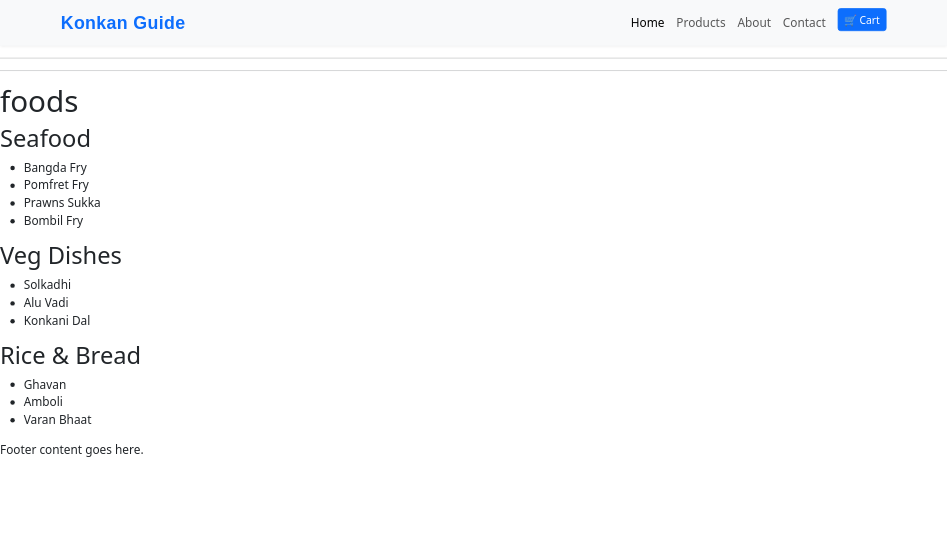
Repository: Indranil-sawant/konkan
Page: http://localhost/
An editor plug-in stored every save of this project. The page is shown before and after the next save, followed by the edit.
The browser window is 1280 px wide. The pictures show the whole page, at 74% of full size.
The page is served by the project's application, run on Django 5.2 (manage.py). Other server files are loaded and not shown.

Above is the page before, as saved 2025-11-13 13:58:33.

### food/templates/food/index.html
{% extends "base.html" %}


<!DOCTYPE html>
<!--[if lt IE 7]>      <html class="no-js lt-ie9 lt-ie8 lt-ie7"> <![endif]-->
<!--[if IE 7]>         <html class="no-js lt-ie9 lt-ie8"> <![endif]-->
<!--[if IE 8]>         <html class="no-js lt-ie9"> <![endif]-->
<!--[if gt IE 8]>      <html class="no-js"> <!--<![endif]-->
<html>
    <head>
        <meta charset="utf-8">
        <meta http-equiv="X-UA-Compatible" content="IE=edge">
        <title>index </title>
        <meta name="description" content="">
        <meta name="viewport" content="width=device-width, initial-scale=1">
        <link rel="stylesheet" href="">
    </head>
    <body>

{% block content %}
         <h1>foods</h1>
         {% for category, items in foods.items %}
        <h2>{{ category }}</h2>
        <ul>
            {% for item in items %}
                <li>{{ item }}</li>
            {% endfor %}
        </ul>
    {% endfor %}

{% endblock content %}

        <script src="" async defer></script>
    </body>
</html>

### templates/base.html
<!DOCTYPE html>
<!--[if lt IE 7]>      <html class="no-js lt-ie9 lt-ie8 lt-ie7"> <![endif]-->
<!--[if IE 7]>         <html class="no-js lt-ie9 lt-ie8"> <![endif]-->
<!--[if IE 8]>         <html class="no-js lt-ie9"> <![endif]-->
<!--[if gt IE 8]>      <html class="no-js"> <!--<![endif]-->
<html>
    <head>
        <meta charset="utf-8">
        <meta http-equiv="X-UA-Compatible" content="IE=edge">
        <title></title>
        <meta name="description" content="">
        <meta name="viewport" content="width=device-width, initial-scale=1">
        <link rel="stylesheet" href="">
    </head>
    <body>
       {% include "navbar.html" %}

        {% block content %}

       {% endblock content %}

    </body>


    <footer>
        <p>Footer content goes here.</p>
    </footer>
</html>

### templates/navbar.html
<link href="https://cdn.jsdelivr.net/npm/bootstrap@5.3.3/dist/css/bootstrap.min.css" rel="stylesheet">
<script src="https://cdn.jsdelivr.net/npm/bootstrap@5.3.3/dist/js/bootstrap.bundle.min.js"></script>


<!-- Navbar Start -->
<!-- Navbar Start -->
<nav class="navbar navbar-expand-lg navbar-light bg-light shadow-sm">
  <div class="container">
    <!-- Brand -->
    <a class="navbar-brand fw-bold text-primary" href="#">
      Konkan Guide
    </a>

    <!-- Mobile toggle -->
    <button class="navbar-toggler" type="button" data-bs-toggle="collapse" data-bs-target="#navbarNav"
      aria-controls="navbarNav" aria-expanded="false" aria-label="Toggle navigation">
      <span class="navbar-toggler-icon"></span>
    </button>

    <!-- Nav links -->
    <div class="collapse navbar-collapse justify-content-end" id="navbarNav">
      <ul class="navbar-nav mb-2 mb-lg-0">
        <li class="nav-item">
          <a class="nav-link active" href="#">Home</a>
        </li>
        <li class="nav-item">
          <a class="nav-link" href="#">Products</a>
        </li>
        <li class="nav-item">
          <a class="nav-link" href="#">About</a>
        </li>
        <li class="nav-item">
          <a class="nav-link" href="#">Contact</a>
        </li>
        <li class="nav-item">
          <a class="btn btn-primary btn-sm ms-2" href="#">🛒 Cart</a>
        </li>
      </ul>
    </div>
  </div>
</nav>
<!-- Navbar End -->

<!-- Navbar End -->
<hr>
<hr>

<style>
    .navbar-brand {
  font-family: 'Poppins', sans-serif;
  font-size: 1.5rem;
  letter-spacing: 0.5px;
}

.nav-link {
  font-weight: 500;
  transition: color 0.3s;
}

.nav-link:hover,
.nav-link.active {
  color: #007bff;
}
</style>

### food/views.py
from django.shortcuts import render
from django.http import HttpResponse
# Create your views here.


def home(request):
    foods = {
        "Seafood": [
            "Bangda Fry",
            "Pomfret Fry",
            "Prawns Sukka",
            "Bombil Fry",
        ],
        "Veg Dishes": [
            "Solkadhi",
            "Alu Vadi",
            "Konkani Dal",
        ],
        "Rice & Bread": [
            "Ghavan",
            "Amboli",
            "Varan Bhaat",
        ],
    }

    spots = {
    "Beaches": [
        "Ganpatipule Beach",
        "Bhatye Beach",
        "Aare Ware Beach",
        "Pawas Beach",
        "Mirya Beach"
    ],

    "Temples": [
        "Ganpatipule Mandir",
        "Pawas Swami Swaroopanand Ashram",
        "Karhateshwar Temple",
        "Kadyavarcha Ganpati"
    ],

    "Historical Places": [
        "Ratnadurg Fort (Bhagawati Fort)",
        "Tilak Residency (Lokmanya Tilak Birthplace)",
        "Thiba Palace",
        "Khare Patan Port Ruins"
    ],

    "Nature & Viewpoints": [
        "Aare Ware Sunset Point",
        "Jaigad Creek View",
        "Harehareshwar Cliff",
        "Ambolgad Viewpoint",
        "Bhandarpule Scenic Point"
    ],

    "Waterfalls": [
        "Purnagad Waterfall",
        "Kasheli Waterfall",
        "Devghali Waterfall"
    ],

    "Other Attractions": [
        "Jaigad Lighthouse",
        "Swayambhu Ganesh Plateau",
        "Marine Aquarium & Museum",
        "Thiba Point",
        "Ratnagiri Fish Market (Morning Auction)"
    ]
}

    context = {
        'foods': foods,
        'spots': spots
    }
    return render(request, 'food/index.html', context)

def home2(request, pk):
    return render(request, 'food/about.html',)

### konkan_guide/urls.py
"""
URL configuration for konkan_guide project.

The `urlpatterns` list routes URLs to views. For more information please see:
    https://docs.djangoproject.com/en/5.2/topics/http/urls/
Examples:
Function views
    1. Add an import:  from my_app import views
    2. Add a URL to urlpatterns:  path('', views.home, name='home')
Class-based views
    1. Add an import:  from other_app.views import Home
    2. Add a URL to urlpatterns:  path('', Home.as_view(), name='home')
Including another URLconf
    1. Import the include() function: from django.urls import include, path
    2. Add a URL to urlpatterns:  path('blog/', include('blog.urls'))
"""
from django.contrib import admin
from django.urls import path , include
from food.views import home , home2
urlpatterns = [
    path('admin/', admin.site.urls),
    path('', include('food.urls')),
]

### food/urls.py
from django.urls import path
from . import views
urlpatterns = [
    path('', views.home, name='home'),
    path('second/<str:pk>/', views.home2, name='home2'),
]

After the next save:
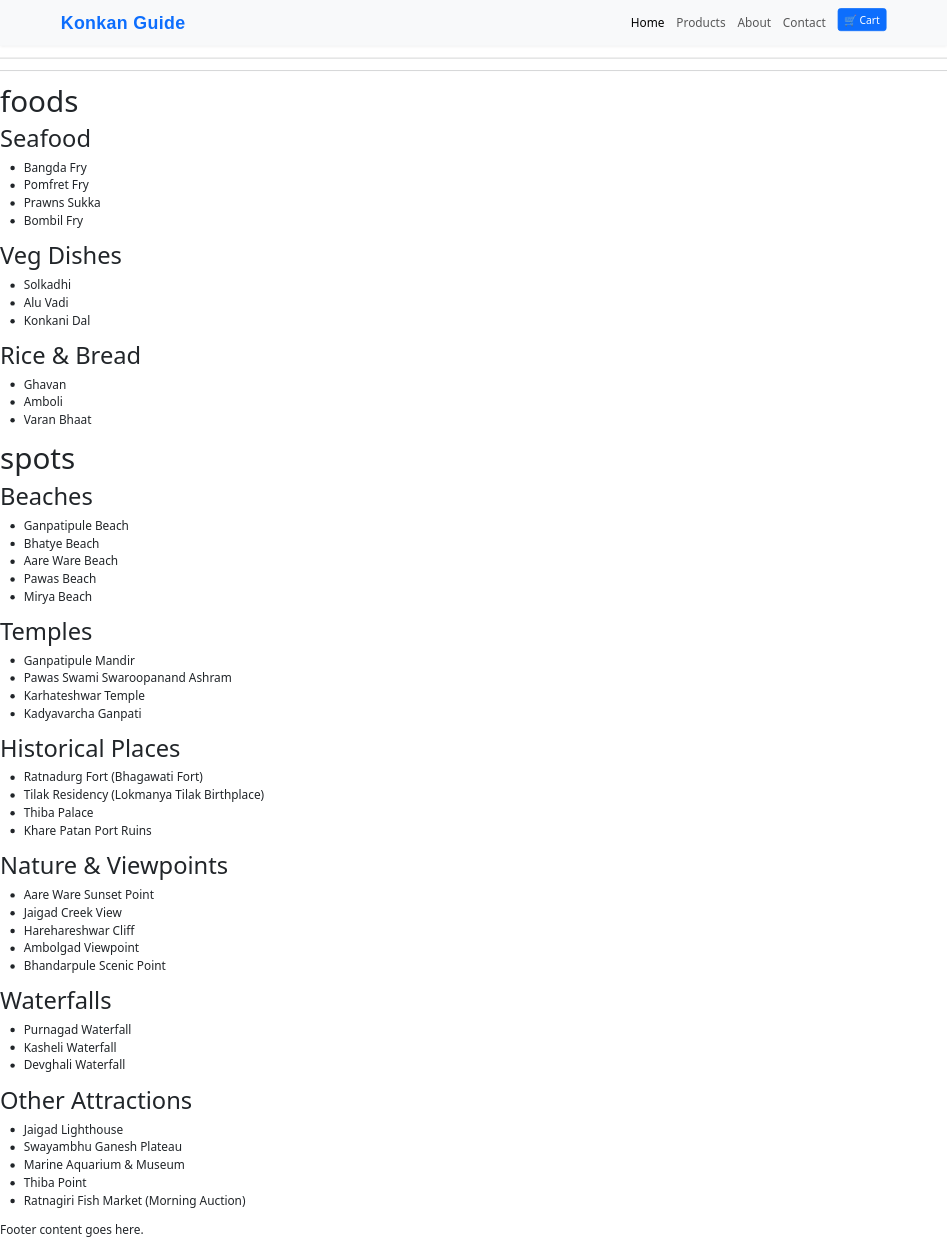
Saved 49 s later.
--- a/food/templates/food/index.html
+++ b/food/templates/food/index.html
@@ -27,8 +27,19 @@
             {% endfor %}
         </ul>
     {% endfor %}
+    <h1>spots</h1>
+    {% for category, items in spots.items %}
+        <h2>{{ category }}</h2>
+        <ul>
+            {% for item in items %}
+                <li>{{ item }}</li>
+            {% endfor %}
+        </ul>
+    {% endfor %}
 
 {% endblock content %}
+
+
 
         <script src="" async defer></script>
     </body>
